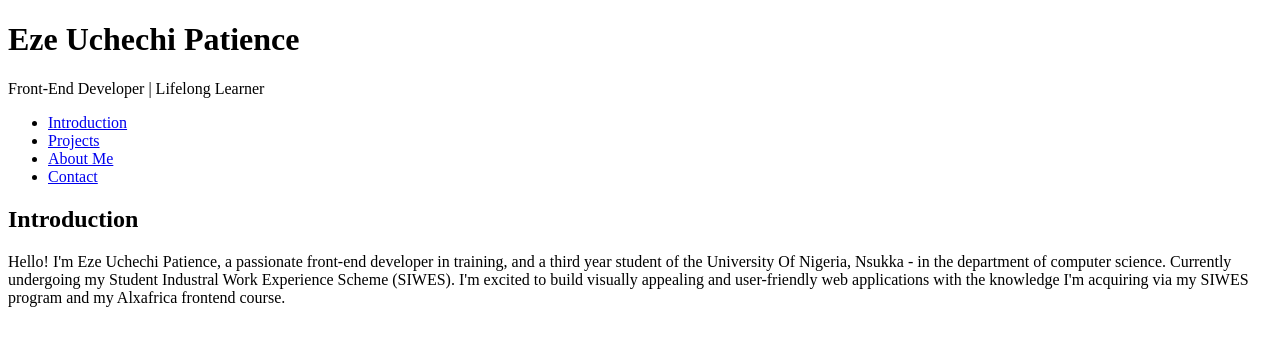
Repository: Patience225/My_First_Portfolio
Page: Portfolio/index.html
An editor plug-in stored every save of this project. The page is shown before and after the next save, followed by the edit.
The browser window is 1280 px wide. The pictures show the whole page.

Above is the page before, as saved 2024-12-16 13:13:00.

After the next save:
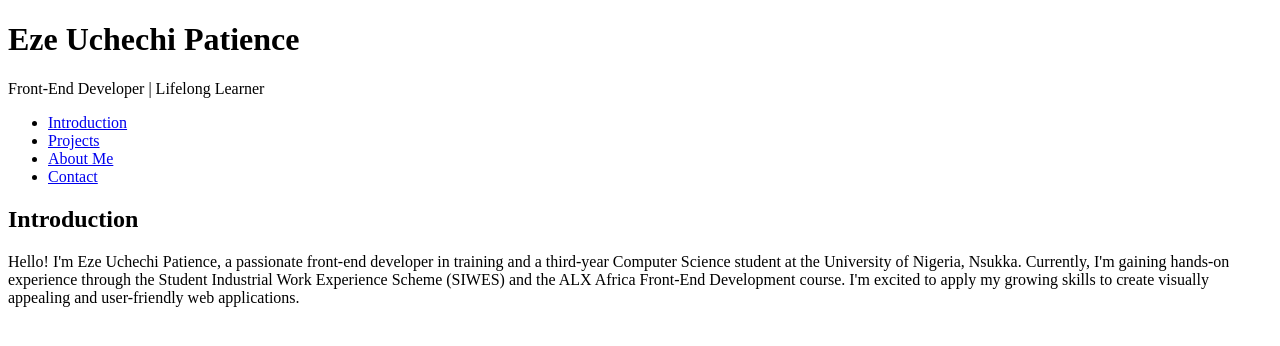
Saved 2 min 51 s later.
--- a/Portfolio/index.html
+++ b/Portfolio/index.html
@@ -19,7 +19,7 @@
     </nav>
     <section id="introduction">
       <h2>Introduction</h2>
-    <p>Hello! I'm Eze Uchechi Patience, a passionate front-end developer in training, and a third year student of the University Of Nigeria, Nsukka - in the department of computer science. Currently undergoing my Student Industral Work Experience Scheme (SIWES). I'm excited to build visually appealing and user-friendly web applications with the knowledge I'm acquiring via my SIWES program and my Alxafrica frontend course.</p>
+    <p>Hello! I'm Eze Uchechi Patience, a passionate front-end developer in training and a third-year Computer Science student at the University of Nigeria, Nsukka. Currently, I'm gaining hands-on experience through the Student Industrial Work Experience Scheme (SIWES) and the ALX Africa Front-End Development course. I'm excited to apply my growing skills to create visually appealing and user-friendly web applications.</p>
     </section>
     <section id="projects"></section>
     <section id="about"></section>
